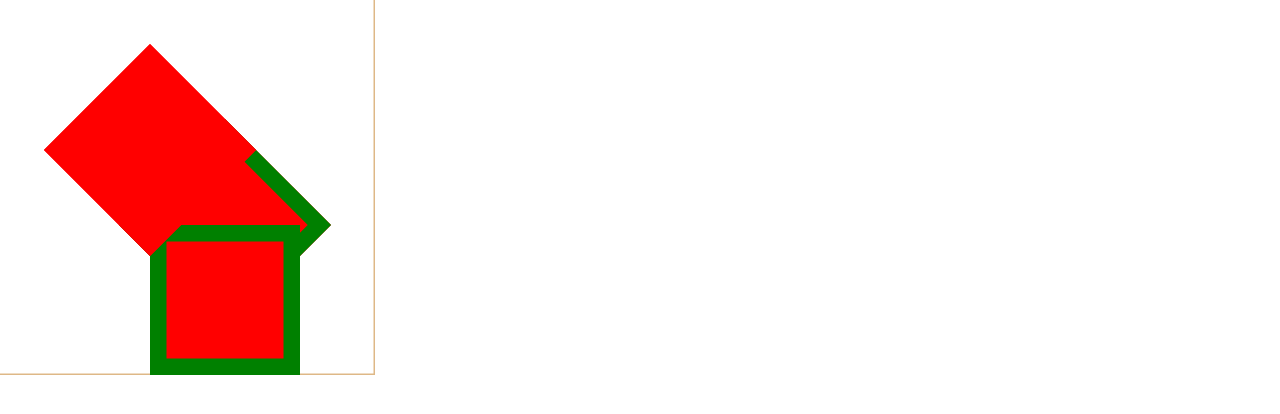
Repository: Lixianlai-2/Css-practice
Page: CSS动画/跳动的心/index.html
These files come from the project's save history. The page is drawn as it stood at one moment and after the next save; the edit follows.
The browser window is 1280 px wide. The pictures show the whole page.

Above is the page before, as saved 2021-12-09 11:28:30.

### CSS动画/跳动的心/index.html
<!DOCTYPE html>
<html>
  <head>
    <meta charset="utf-8" />
    <link rel="stylesheet" href="style.css" />
    <title>JS Bin</title>
  </head>

  <body>
    <div class="box">
      <div class="left"></div>
      <div class="right"></div>
      <div class="bottom"></div>
    </div>
  </body>
</html>

### CSS动画/跳动的心/style.css
* {
  margin: 0;
  padding: 0;
  box-sizing: border-box;
}
.box {
  border: 1px solid burlywood;
  position: relative;
  height: 300px;
  width: 300px;
  transition: all 0.5s;
}
.left {
  border: 11px solid green;
  position: absolute;
  width: 100px;
  height: 100px;
  top: 50%;
  left: 50%;
  transform: rotate(45deg);
  /* transform: translate(-87%, -86%); */
  /* border-radius: 50%; */
  background-color: red;
}
.right {
  border: 11px solid green;
  position: absolute;
  width: 100px;
  height: 100px;
  top: 50%;
  left: 50%;
  transform: rotate(45deg);
  transform: translateY(50px);
  /* transform: translate(-11%, -86%); */
  /* border-radius: 50%; */
  background-color: red;
}
.bottom {
  position: absolute;
  border: 1px solid red;
  width: 100px;
  height: 100px;
  top: 50%;
  left: 50%;
  transform: translate(-50%, -50%) rotate(45deg);
  background-color: red;
}
.box:hover {
  transform: scale(1.5);
}

After the next save:
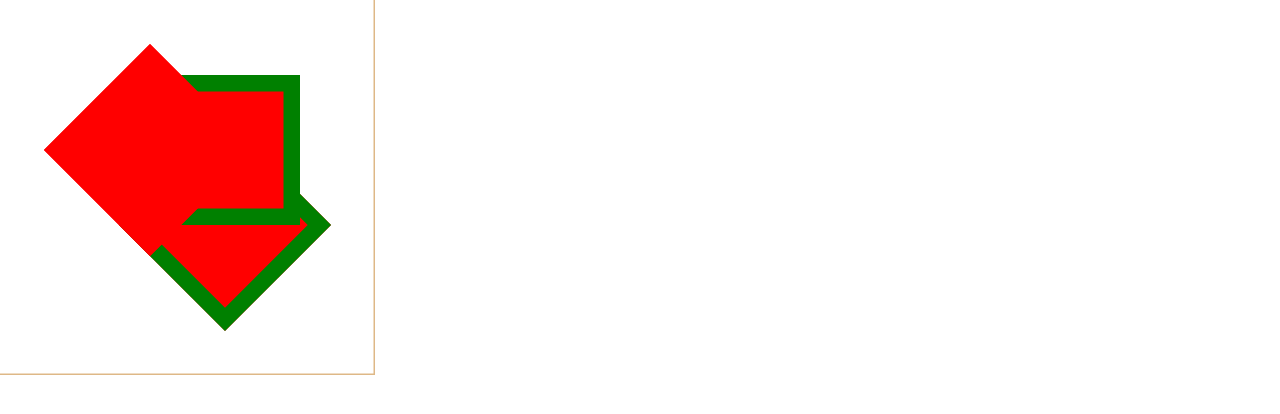
Saved 9 s later.
--- a/CSS动画/跳动的心/style.css
+++ b/CSS动画/跳动的心/style.css
@@ -30,7 +30,7 @@
   top: 50%;
   left: 50%;
   transform: rotate(45deg);
-  transform: translateY(50px);
+  transform: translateY(-50px);
   /* transform: translate(-11%, -86%); */
   /* border-radius: 50%; */
   background-color: red;
